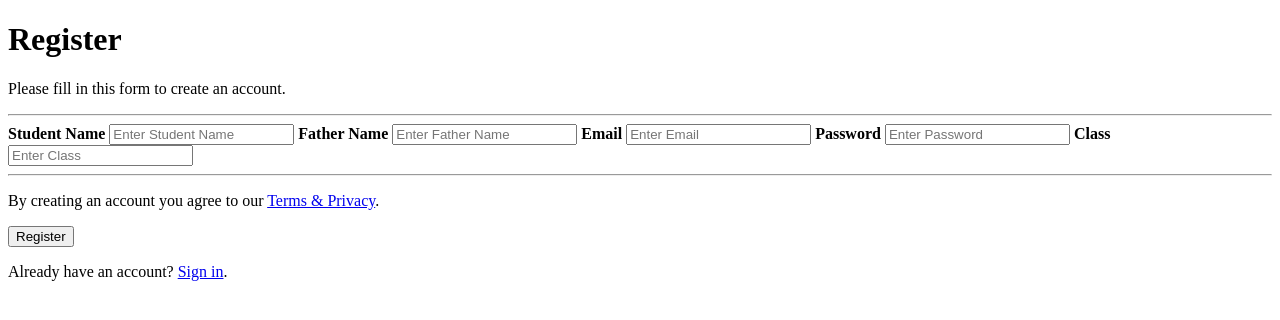
Repository: laxmichauhan/Student-Data-Insertion
Page: Application1/WebContent/register.html
These files come from the project's save history. The page is drawn as it stood at one moment and after the next save; the edit follows.
The browser window is 1280 px wide. The pictures show the whole page.

Above is the page before, as saved 2019-02-19 07:11:34.

After the next save:
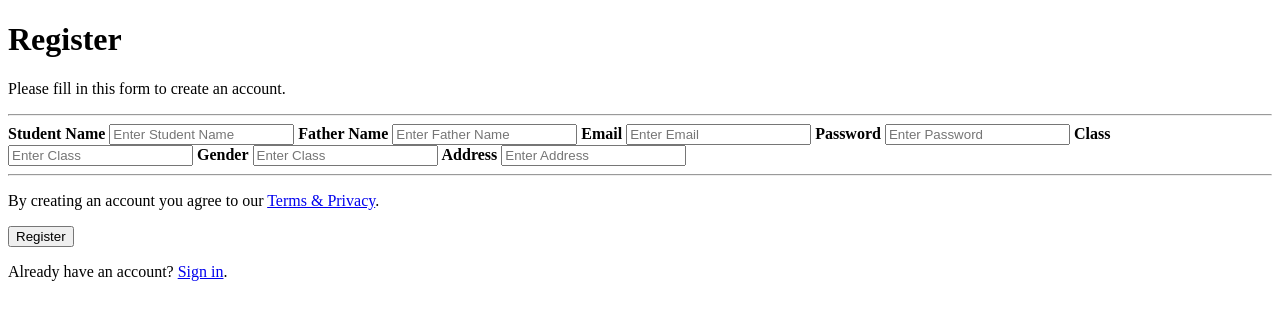
Saved 74 s later.
--- a/Application1/WebContent/register.html
+++ b/Application1/WebContent/register.html
@@ -24,6 +24,12 @@
 
 	<label for="Class"><b>Class</b></label>
     <input type="text" placeholder="Enter Class" name="class" required>
+
+    <label for="Gender"><b>Gender</b></label>
+    <input type="text" placeholder="Enter Class" name="class" required>
+
+    <label for="Address"><b>Address</b></label>
+    <input type="textarea" placeholder="Enter Address" name="address" required>
     <hr>
 
     <p>By creating an account you agree to our <a href="#">Terms & Privacy</a>.</p>
